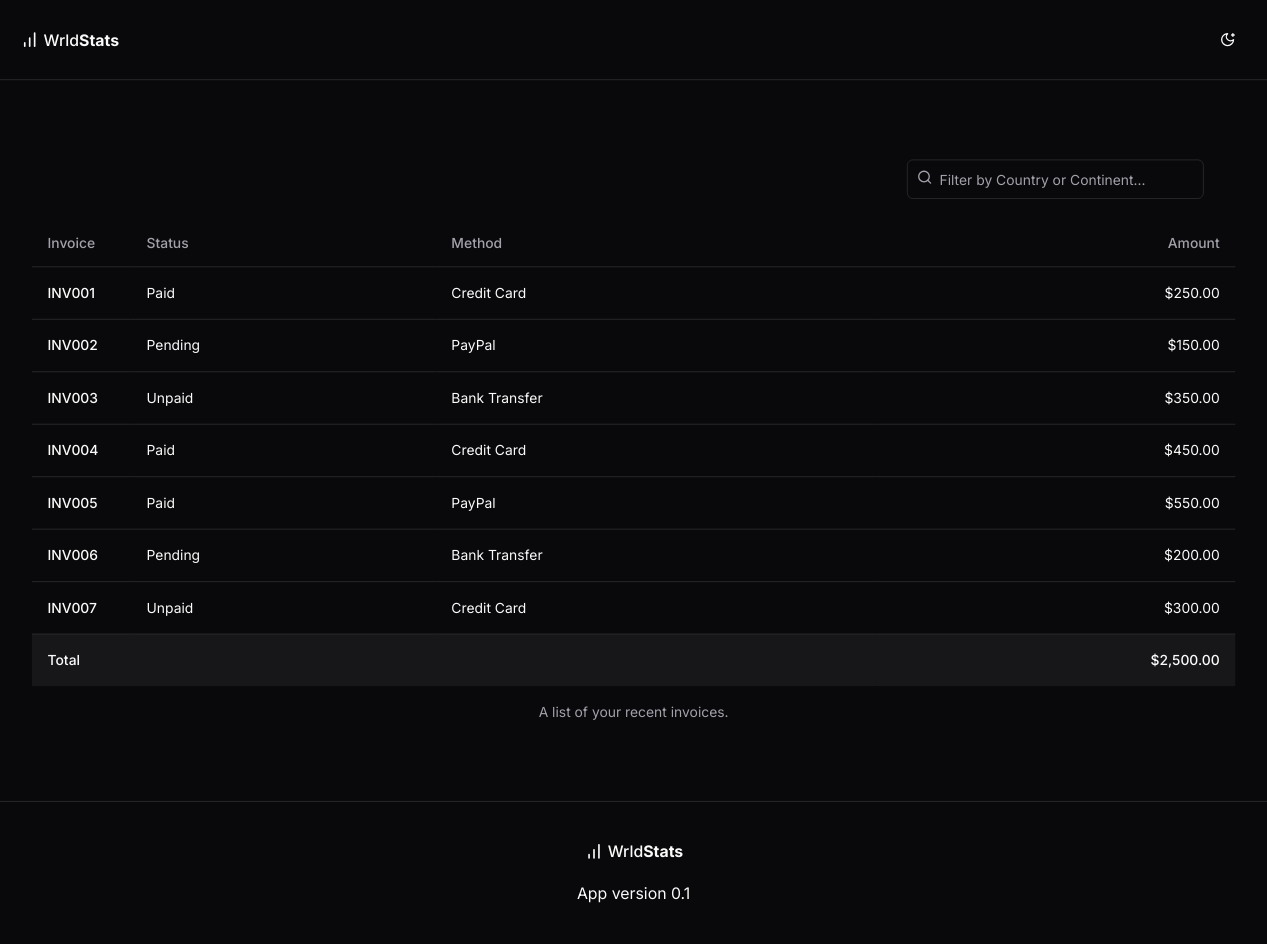
Repository: tushcmd/wrld-stats
Page: /
The author's editor kept a copy of each file at every save. The page is drawn from the files as they stood at one save, then again after the next save.
The browser window is 1280 px wide. The pictures show the whole page, at 99% of full size.
The project was rebuilt for these pictures with package versions that can differ from the ones it lists, and the page was loaded fresh each time. The framework's server and built-in components were replaced by stand-ins that run in the browser. Also part of the build but not shown: next.config.mjs.

Above is the page before, as saved 2024-04-21 17:22:11.

After the next save:
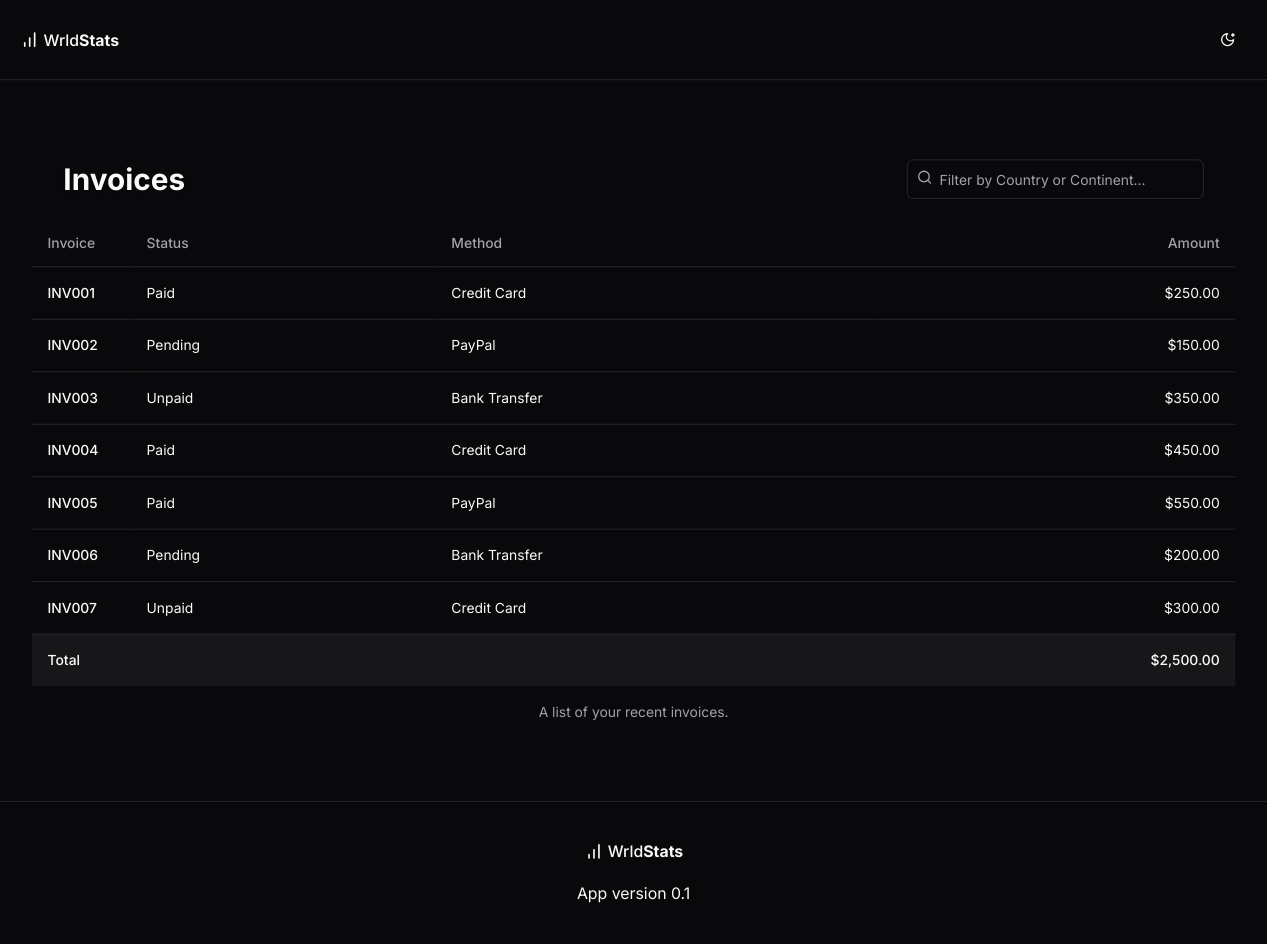
Saved 24 s later.
--- a/components/Hero.tsx
+++ b/components/Hero.tsx
@@ -7,7 +7,7 @@ const Hero: FC = () => {
   return (
     <section className="flex flex-col items-center justify-center gap-5">
       <div className='container flex flex-col md:flex-row justify-between items-center'>
-        <p className='text-base lg:text-3xl font-bold text-transparent drop-shadow-sm'>Invoices</p>
+        <p className='text-base lg:text-3xl font-bold drop-shadow-sm'>Invoices</p>
         <form className="ml-auto flex-1 sm:flex-initial">
           <div className="relative">
             <Search className="absolute left-2.5 top-2.5 h-4 w-4 text-muted-foreground" />
